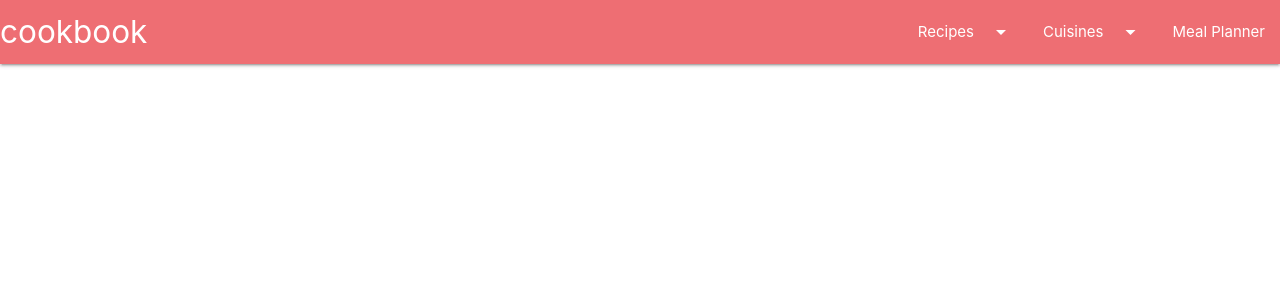
Repository: connor-blackburn/gutsy
Page: http://localhost/
The author's editor kept a record of every edit. The page is drawn from the files as they stood at one moment, then again after the next edit.
The browser window is 1280 px wide. The pictures show the whole page.
The page is served by the project's application, run on Flask 3 (app.py). Queries for data that is not in the repository find no rows.

Above is the page before.

### templates/recipes.html
{% extends 'base.html' %} {% block content %} {% for recipe in recipes %}

<ul class="collapsible popout">
    <li>
        <div class="collapsible-header"><i class="material-icons">restaurant_menu</i>{{recipe.cuisine_name}} - {{recipe.dish_name}} - {{recipe.dish_difficulty}}</div>
        <div class="collapsible-body"><span>
            <h4>{{recipe.dish_name}}</4>
            <h5>Ingredients:</h5>
            <ul>
                <li>{{recipe.ingredient_1}}</li>
                <li>{{recipe.ingredient_2}}</li>
                <li>{{recipe.ingredient_3}}</li>
                <li>{{recipe.ingredient_4}}</li>
                <li>{{recipe.ingredient_5}}</li>
                <li>{{recipe.ingredient_6}}</li>
                <li>{{recipe.ingredient_7}}</li>
                <li>{{recipe.ingredient_8}}</li>
                <li>{{recipe.ingredient_9}}</li>
            </ul>
            <br/>
            <h5>Steps:</h5>
            <ul>
                <li>1. {{recipe.step_1}}</li><br/>
                <li>2. {{recipe.step_2}}</li><br/>
                <li>3. {{recipe.step_3}}</li><br/>
                <li>4. {{recipe.step_4}}</li><br/>
            </ul>
        </span></div>
    </li>
    <li>
        <div class="collapsible-header"><i class="material-icons">restaurant_menu</i>Second</div>
        <div class="collapsible-body"><span>Lorem ipsum dolor sit amet.</span></div>
    </li>
    <li>
        <div class="collapsible-header"><i class="material-icons">restaurant_menu</i>Third</div>
        <div class="collapsible-body"><span>Lorem ipsum dolor sit amet.</span></div>
    </li>
</ul>

{% endfor %}
{% endblock %}

### templates/base.html
<!DOCTYPE html>
<html>

<head>
    <link href="https://fonts.googleapis.com/icon?family=Material+Icons" rel="stylesheet">
    <link rel="stylesheet" href="https://cdnjs.cloudflare.com/ajax/libs/materialize/1.0.0/css/materialize.min.css">
</head>

<body>
    <header>
        <ul id="dropdown1" class="dropdown-content">
            <li><a href="#!">Search Recipes</a></li>
            <li class="divider"></li>
            <li><a href="#!">Create Recipes</a></li>
            <li class="divider"></li>
            <li><a href="#!">Edit Recipes</a></li>
        </ul>
        <ul id="dropdown2" class="dropdown-content">
            <li><a href="#!">Search Cuisines</a></li>
            <li class="divider"></li>
            <li><a href="#!">Create Cuisines</a></li>
            <li class="divider"></li>
            <li><a href="#!">Edit Cuisines</a></li>
        </ul>
        <ul id="dropdown3" class="dropdown-content">
            <li><a href="#!">Search Recipes</a></li>
            <li class="divider"></li>
            <li><a href="#!">Create Recipes</a></li>
            <li class="divider"></li>
            <li><a href="#!">Edit Recipes</a></li>
        </ul>
        <ul id="dropdown4" class="dropdown-content">
            <li><a href="#!">Search Cuisines</a></li>
            <li class="divider"></li>
            <li><a href="#!">Create Cuisines</a></li>
            <li class="divider"></li>
            <li><a href="#!">Edit Cuisines</a></li>
        </ul>
        <nav>
            <div class="nav-wrapper">
                <a href="#!" class="brand-logo">cookbook</a>
                <a href="#" data-target="mobile-demo" class="sidenav-trigger"><i class="material-icons">menu</i></a>
                <ul class="right hide-on-med-and-down">
                    <li><a class="dropdown-trigger" href="#!" data-target="dropdown1">Recipes<i class="material-icons right">arrow_drop_down</i></a></li>
                    <li><a class="dropdown-trigger" href="#!" data-target="dropdown2">Cuisines<i class="material-icons right">arrow_drop_down</i></a></li>
                    <li><a href="collapsible.html">Meal Planner</a></li>
                </ul>
            </div>
        </nav>

        <ul class="sidenav" id="mobile-demo">
            <li><a class="dropdown-trigger" href="#!" data-target="dropdown3">Recipes<i class="material-icons right">arrow_drop_down</i></a></li>
            <li><a class="dropdown-trigger" href="#!" data-target="dropdown4">Cuisines<i class="material-icons right">arrow_drop_down</i></a></li>
            <li><a href="collapsible.html">Meal Planner</a></li>
        </ul>
    </header>
    {% block content %} {% endblock %}

    <script type="text/javascript" src="https://cdnjs.cloudflare.com/ajax/libs/jquery/3.4.1/jquery.min.js"></script>
    <script src="https://cdnjs.cloudflare.com/ajax/libs/materialize/1.0.0/js/materialize.min.js"></script>
    <script type="text/javascript">
        $(document).ready(function() {
            $('.dropdown-trigger').dropdown();
            $('.collapsible').collapsible();
            $('.sidenav').sidenav();
        });
    </script>


</body>

</html>

### app.py
import os
from flask import Flask, render_template, redirect, request, url_for
from flask_pymongo import PyMongo
from bson.objectid import ObjectId

app = Flask(__name__)

app.config["MONGO_DBNAME"] = 'cookbook'
app.config["MONGO_URI"] = os.environ.get('MONGO_URI')

mongo = PyMongo(app)

@app.route('/')
@app.route('/get_recipes')
def hello():
    return render_template('recipes.html', recipes=mongo.db.recipes.find())

@app.route('/add_cuisine')
def add_cuisine():
    return render_template('addcuisine.html')
@app.route('/insert_cuisine', methods=['POST'])
def insert_cuisine():
    cuisine = mongo.db.cuisine
    cuisine.insert_one(request.form.to_dict())
    return redirect(url_for(''))

if __name__ == '__main__':
    app.run(host=os.environ.get('IP'),
        port=int(os.environ.get('PORT')),
        debug=True)

After the next edit:
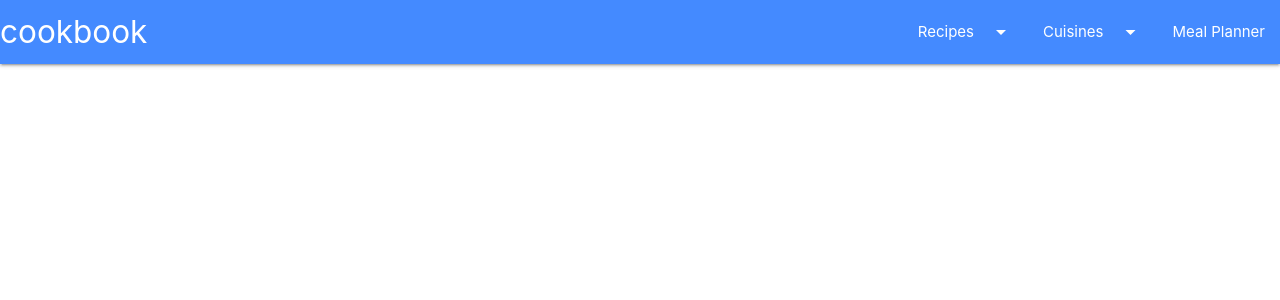
The edit:
--- a/templates/base.html
+++ b/templates/base.html
@@ -37,7 +37,7 @@
             <li><a href="#!">Edit Cuisines</a></li>
         </ul>
         <nav>
-            <div class="nav-wrapper">
+            <div class="nav-wrapper blue accent-2">
                 <a href="#!" class="brand-logo">cookbook</a>
                 <a href="#" data-target="mobile-demo" class="sidenav-trigger"><i class="material-icons">menu</i></a>
                 <ul class="right hide-on-med-and-down">
